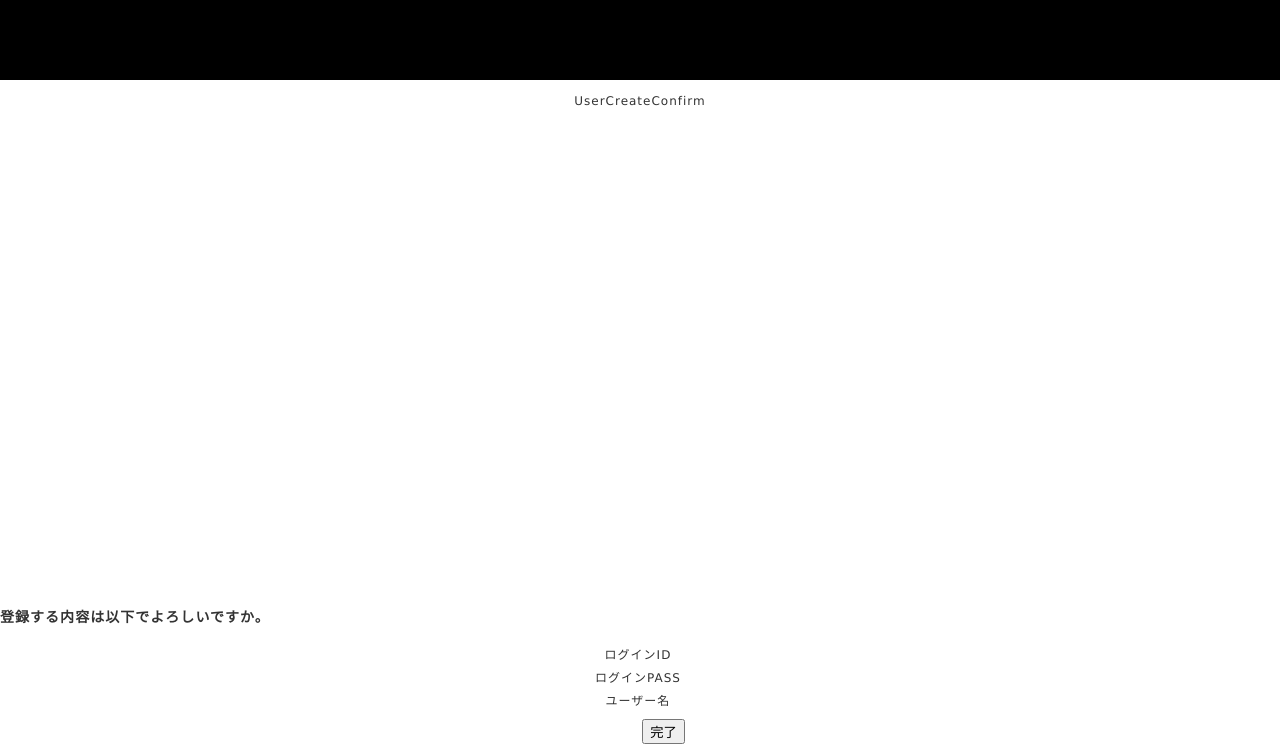
Repository: 8luemitsuho/test
Page: http://localhost/template/userCreateConfirm.jsp
These files come from the project's save history. The page is drawn as it stood at one moment and after the next save; the edit follows.
The browser window is 1280 px wide. The pictures show the whole page.
The page is served by Tomcat 9. Other server files are loaded and not shown.

Above is the page before, as saved 2019-08-16 11:28:28.

### template/WebContent/userCreateConfirm.jsp
<%@ page language="java" contentType="text/html; charset=UTF-8"
    pageEncoding="UTF-8"%>
<%@ taglib prefix="s" uri="/struts-tags" %>
<!DOCTYPE html>
<html>
<head>
	<meta http-equiv="Content-Type" content="text/html; charset=UTF-8">
	<meta http-equiv="Content-Style-Type" content="text/css"/>
	<meta http-equiv="Content-Sctipt-Type" content="text/javascript"/>
	<meta http-equiv="imagetoolbar" content="no"/>
	<meta name="description" content=""/>
	<meta name="keywords" content=""/>
	<title>UserCreateConfirm画面</title>

	<style type="text/css">
	/*=========TAG LAYOUT==========*/
	body {
		margin: 0;
		padding: 0;
		line-height: 1.6;
		letter-spacing: 1px;
		font-family: Verdana, Helvetica, Sans-serif;
		font-size: 12px;
		color: #333;
		background: #fff;
	}
	table {
		text-align: center;
		margin: 0 auto;
	}
	/*=========ID LAYOUT=========*/
	#top {
		width: 780px;
		margin: 30px auto;
		border: 1px solid #333;
	}
	#header {
		width: 100%;
		height: 80px;
		background-color: black;
	}
	#main {
		width: 100%;
		height: 500px;
		text-align: center;
	}
	#footer {
		width: 100%;
		heifht: 80px;
		background-color: black;
		clear: both;
	}
	</style>
</head>
<body>
	<div id="header">
		<div id="pr">
		</div>
	</div>
	<div id="main">
		<p>UserCreateConfirm</p>
	</div>
	<div>
		<h3>登録する内容は以下でよろしいですか。</h3>
		<table>
			<s:form action="UserCreateCompleteAction">
			<tr id="box">
				<td>
					<label>ログインID</label>
				</td>
				<td>
					<s:property value="loginUserId" escape="false"/>
				</td>
			</tr>
			<tr id="box">
				<td>
					<label>ログインPASS</label>
				</td>
				<td>
					<s:property value="loginPassword" escape="false"/>
				</td>
			</tr>
			<tr id="box">
				<td>
					<label>ユーザー名</label>
				</td>
				<td>
					<s:property value="userName" escape="false"/>
				</td>
			</tr>
			<tr>
				<td>
					<s:submit value="完了"/>
				</td>
			</tr>
			</s:form>
		</table>
	</div>
	</div>
	<div id="footer">
		<div id="pr">
		</div>
	</div>
</body>
</html>

After the next save:
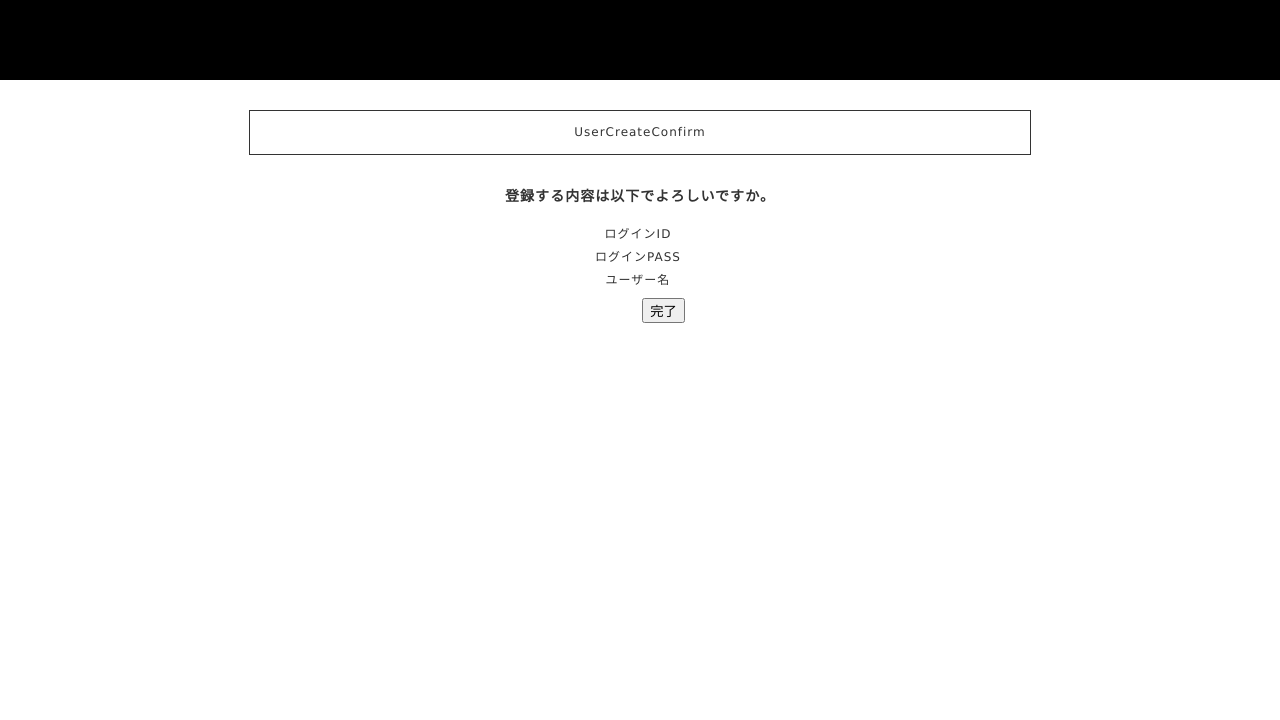
Saved 76 s later.
--- a/template/WebContent/userCreateConfirm.jsp
+++ b/template/WebContent/userCreateConfirm.jsp
@@ -58,6 +58,7 @@
 		</div>
 	</div>
 	<div id="main">
+	<div id="top">
 		<p>UserCreateConfirm</p>
 	</div>
 	<div>
